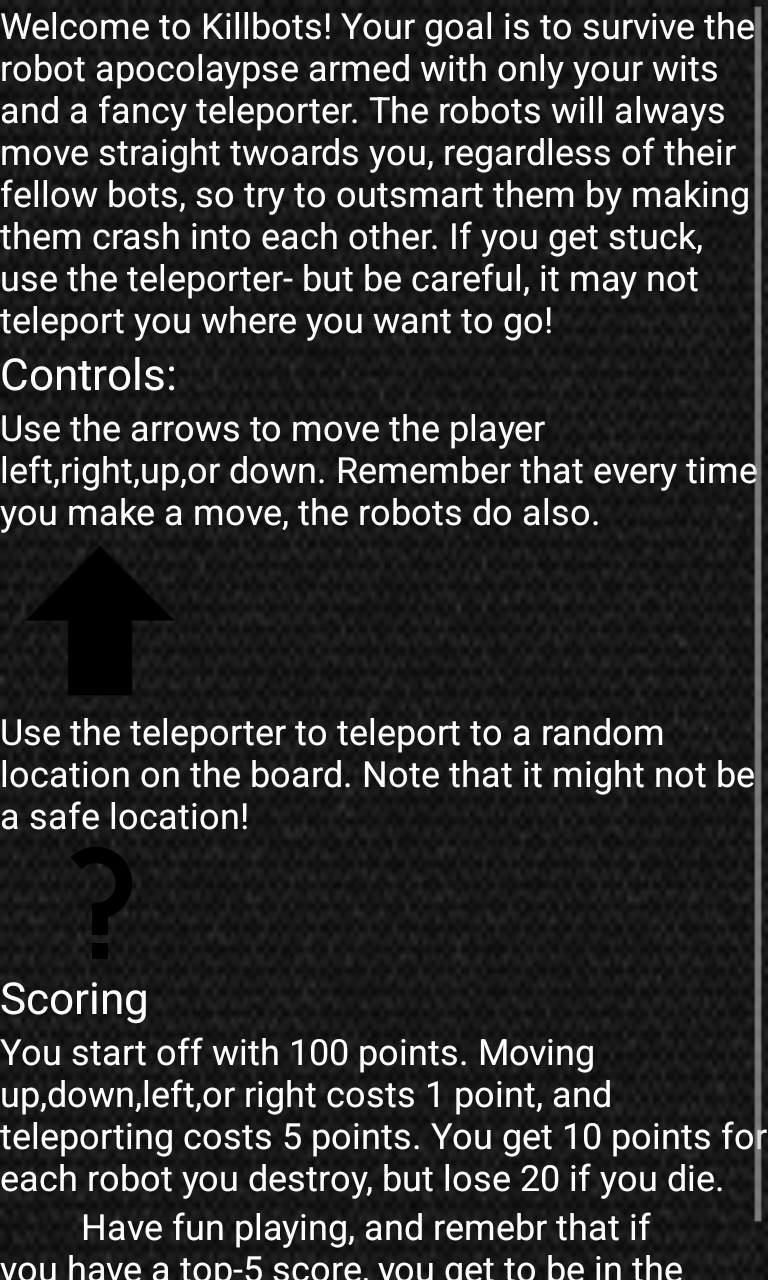
Repository: Tacohen/Killbots
Layout: Killbots/res/layout/how_to_play.xml
These files come from the project's save history. The layout is drawn as it stood at one moment and after the next save; the edit follows.
It is drawn on a 768 x 1280 px phone screen (xhdpi) without system bars, with theme AppTheme; the app's code is not run.

Above is the layout before, as saved 2013-12-09 02:09:59.

After the next save:
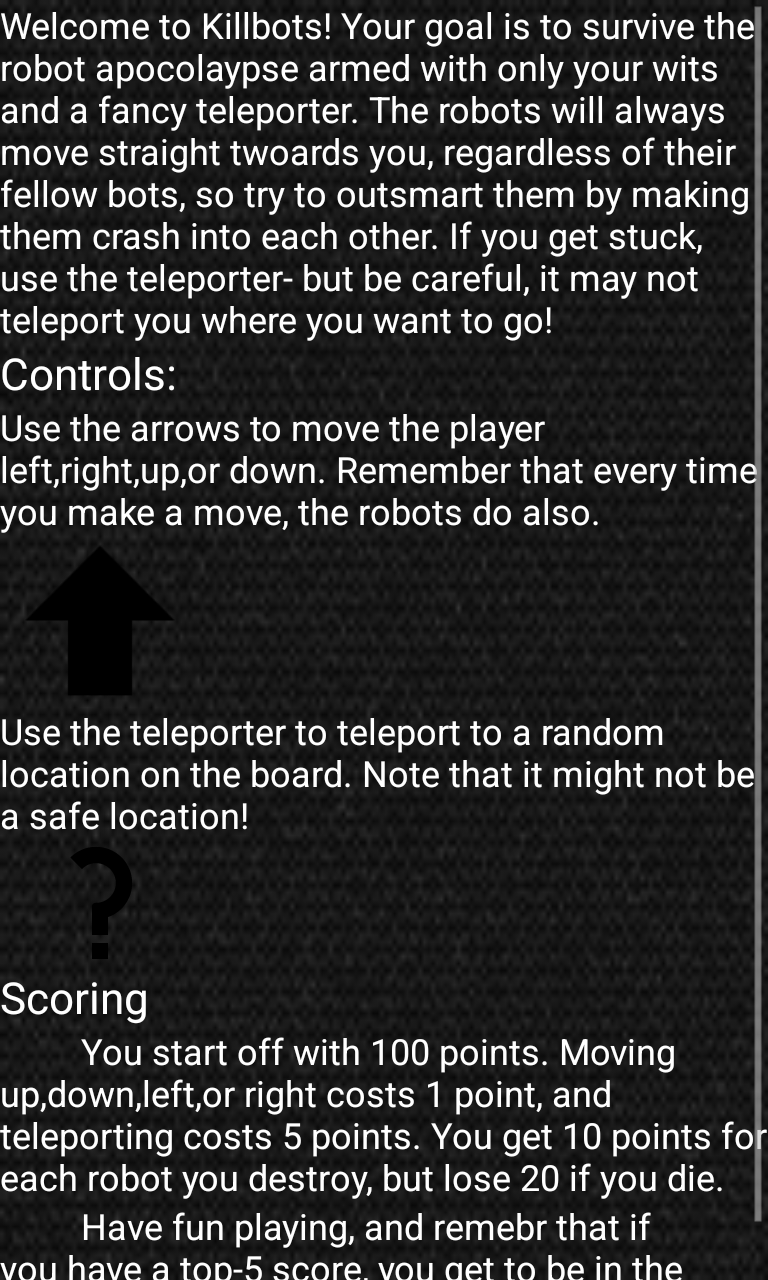
Saved 9 s later.
--- a/Killbots/res/layout/how_to_play.xml
+++ b/Killbots/res/layout/how_to_play.xml
@@ -67,7 +67,8 @@
         android:layout_width="wrap_content"
         android:layout_height="wrap_content"
         android:textColor="#FFFFFF"
-        android:text="You start off with 100 points. Moving up,down,left,or right costs 1 point, and teleporting costs 5 points. You get 10 points for each robot you destroy, but lose 20 if you die."
+        android:text="
+        You start off with 100 points. Moving up,down,left,or right costs 1 point, and teleporting costs 5 points. You get 10 points for each robot you destroy, but lose 20 if you die."
         android:textAppearance="?android:attr/textAppearanceMedium" />
 
     <TextView
